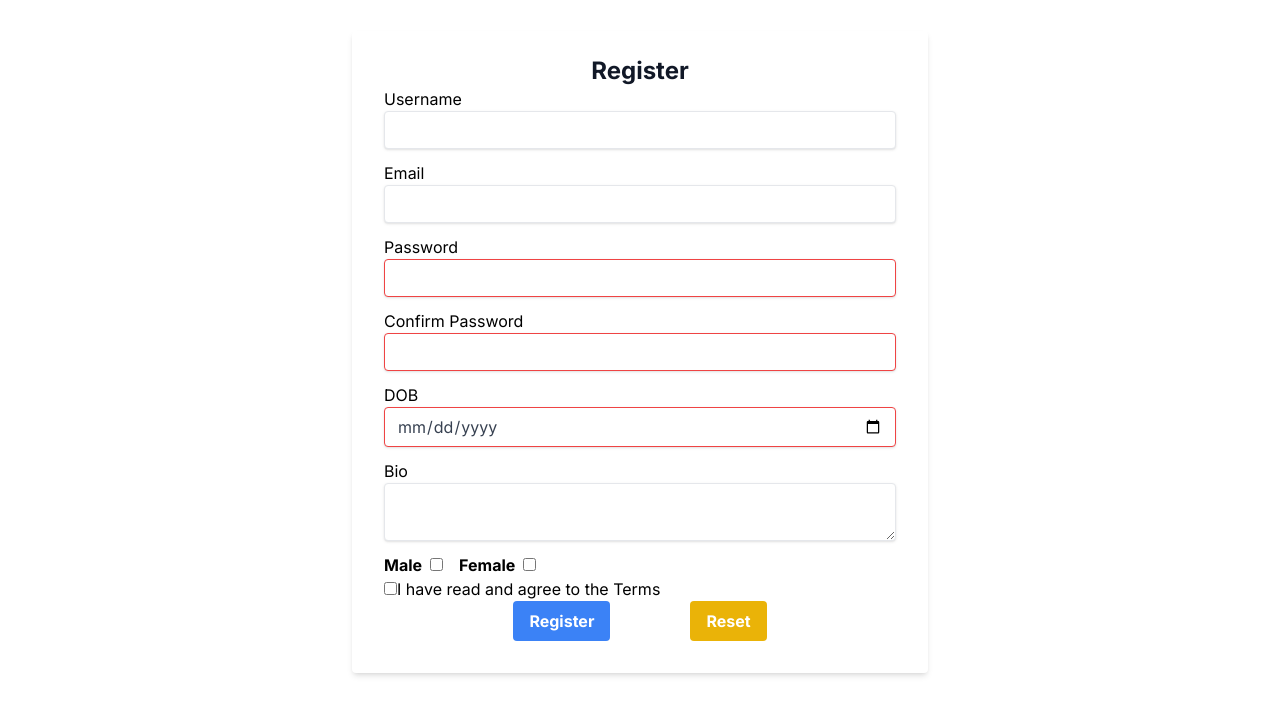
Repository: uh-sman/tiktok-card
Page: /
The author's editor kept a copy of each file at every save. The page is drawn from the files as they stood at one save, then again after the next save.
The browser window is 1280 px wide. The pictures show the whole page.
The project was rebuilt for these pictures with package versions that can differ from the ones it lists, and the page was loaded fresh each time. The framework's server and built-in components were replaced by stand-ins that run in the browser. Also part of the build but not shown: next.config.js.

Above is the page before, as saved 2023-12-19 15:13:37.

### app/page.tsx
'use client'
// import Input from "./components/Input";
import { FieldValues, SubmitHandler, useForm } from "react-hook-form";
import AuthForm from "./components/AuthForm";
type FormValues = {
  name: string,
      email: string,
      password: string,
      confirmPassword: string,
      DateOfBirth: string,
      Bio: string,
      gender: string,
      termsAndConditions: string
}

export default function Home() {
  return (
    <div className="flex justify-center items-center h-screen w-full">

      <AuthForm />
    </div>
  )
}

### app/components/AuthForm.tsx
import React from "react";
import { useForm } from "react-hook-form";
// the type of data
type UserSubmitForm = {
    username: string;
    email: string;
    password: string;
    confirmPassword: string;
    acceptTerms: boolean;
    male:boolean;
    female:boolean;
    Bio:string;
    DateOfBirth: number
  };
const AuthForm: React.FC = () => {
    // using the useForm hook from the react-hook-form package
    const {register,handleSubmit, reset, formState} = useForm<UserSubmitForm>()
    // the onSubmit handler
    const onSubmit = (data: UserSubmitForm) => {
        if(data.male && data.female === true) {
            prompt('only one field can be selected')
            reset()
        }
        console.log(data)
    }
    return (
        <div className="w-full max-w-xl">
        <form className="bg-white shadow-md rounded px-8 pt-6 pb-8 mb-4" onSubmit={handleSubmit(onSubmit)}>
        <h2 className="font-bold text-gray-900 text-2xl text-center">Register</h2>
          <div className="flex flex-col">
            <label>Username</label>
            <input
            className="shadow appearance-none border rounded w-full py-2 px-3 text-gray-700 mb-3 leading-tight focus:outline-none focus:shadow-outline"
              type="text"
            //   using the hook to handle form state
            {...register('username')}
            />
            <div className="invalid-feedback">
                </div>
          </div>

          <div className="flex flex-col">
            <label>Email</label>
            <input
            className="shadow appearance-none border rounded w-full py-2 px-3 text-gray-700 mb-3 leading-tight focus:outline-none focus:shadow-outline"
            type="text"
            {...register('email')}
            />
            <div className="invalid-feedback">
                </div>
          </div>

          <div className="flex flex-col">
            <label>Password</label>
            <input
            className="shadow appearance-none border border-red-500 rounded w-full py-2 px-3 text-gray-700 mb-3 leading-tight focus:outline-none focus:shadow-outline"
            type="password"
            {...register('password')}
            />
            <div className="invalid-feedback">
                </div>
          </div>
          <div className="flex flex-col">
            <label>Confirm Password</label>
            <input
            className="shadow appearance-none border border-red-500 rounded w-full py-2 px-3 text-gray-700 mb-3 leading-tight focus:outline-none focus:shadow-outline"
              type="password"
              {...register('confirmPassword')}
            />
            <div className="invalid-feedback">
            </div>
          </div>
          <div className="flex flex-col">
            <label>DOB</label>
            <input
            className="shadow appearance-none border border-red-500 rounded w-full py-2 px-3 text-gray-700 mb-3 leading-tight focus:outline-none focus:shadow-outline"
              type="date"
              {...register('DateOfBirth')}
            />
            <div className="invalid-feedback">
            </div>
          </div>
          <div className="flex flex-col">
            <label>Bio</label>
            <textarea
            className="shadow appearance-none border rounded w-full py-2 px-3 text-gray-700 mb-3 leading-tight focus:outline-none focus:shadow-outline"
            {...register('Bio')}
            />
            <div className="invalid-feedback">
            </div>
          </div>

          <div className="">
           <div className="flex items-center gap-4 text-md font-bold">
           <div className="">
                <label className="mr-2" htmlFor="Male">Male</label>
            <input
              type="checkbox"
              {...register('male')}
              />

            </div>
            <div className="">
                <label className="mr-2" htmlFor="Female">Female</label>
            <input
              type="checkbox"
              {...register('female')}
              />
            </div>
           </div>
            <div className="invalid-feedback">
                </div>
          </div>
          <div className="">
            <input
              type="checkbox"
              {...register('acceptTerms')}
              />
            <label htmlFor="acceptTerms" className="form-check-label">
              I have read and agree to the Terms
            </label>
            <div className="invalid-feedback">
                </div>
          </div>

          <div className="flex justify-center gap-20">
            <button type="submit" className="bg-blue-500 hover:bg-blue-700 text-white font-bold py-2 px-4 rounded focus:outline-none focus:shadow-outline">
              Register
            </button>
            <button
              type="button"
              onClick={() => reset()}
              className="bg-yellow-500 hover:bg-yellow-700 text-white font-bold py-2 px-4 rounded focus:outline-none focus:shadow-outline"
              >
              Reset
            </button>
          </div>
        </form>
      </div>
    )
}

export default AuthForm;

Loaded but not shown: app/layout.tsx (common file); app/globals.css (common file); tailwind.config.ts (common file)

After the next save:
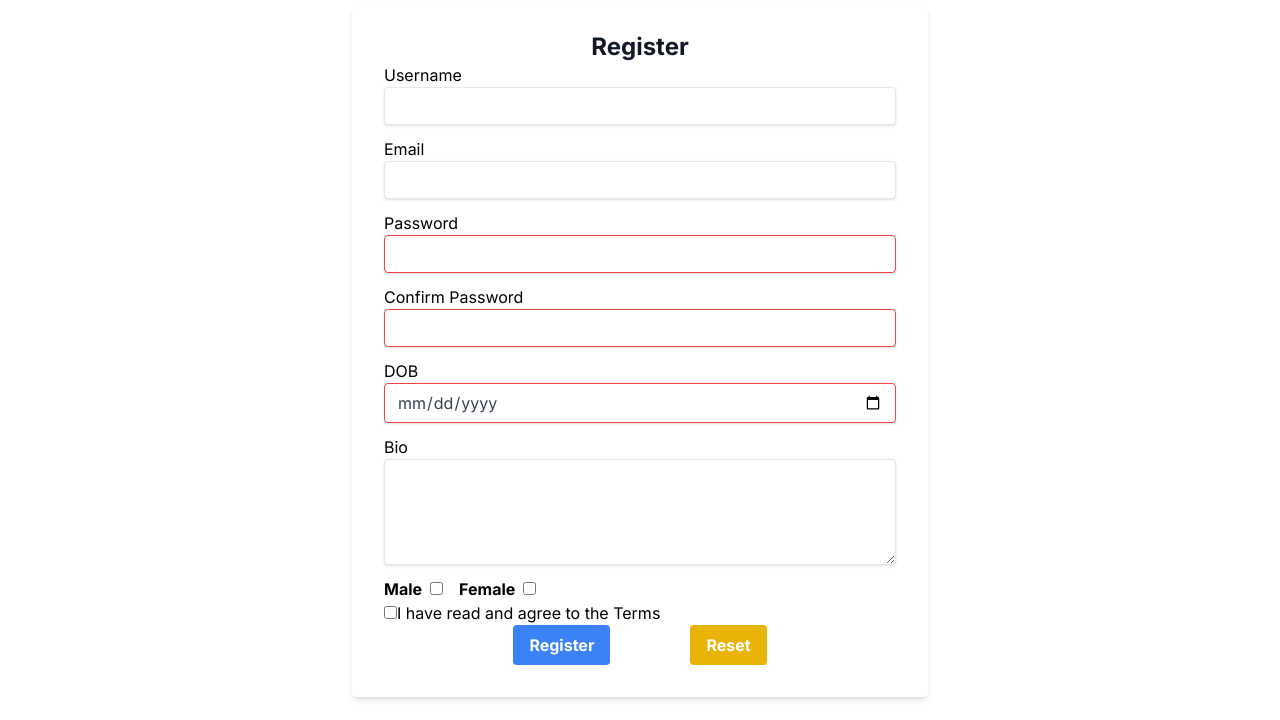
Saved 17 s later.
--- a/app/components/AuthForm.tsx
+++ b/app/components/AuthForm.tsx
@@ -83,7 +83,7 @@ const AuthForm: React.FC = () => {
           <div className="flex flex-col">
             <label>Bio</label>
             <textarea
-            className="shadow appearance-none border rounded w-full py-2 px-3 text-gray-700 mb-3 leading-tight focus:outline-none focus:shadow-outline"
+            className="shadow appearance-none border rounded w-full py-8 px-3 text-gray-700 mb-3 leading-tight focus:outline-none focus:shadow-outline"
             {...register('Bio')}
             />
             <div className="invalid-feedback">
